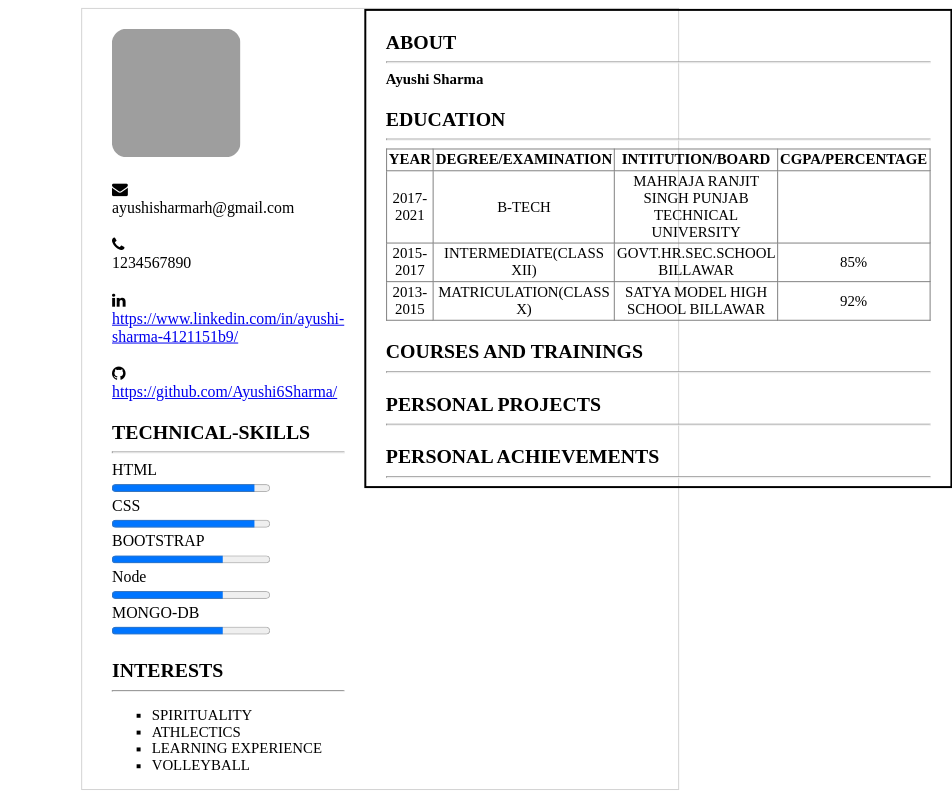
Repository: Ayushi6Sharma/Resume
Page: index.html
The author's editor kept a copy of each file at every save. The page is drawn from the files as they stood at one save, then again after the next save.
The browser window is 768 px wide. The page is 962 px wide, then 768 px, so the pictures cover 962 px, including what lies to the right of the window. The pictures show the whole page, at 99% of full size.
Pictures or frames that could not be fetched are drawn as grey boxes.

Above is the page before, as saved 2022-05-04 11:59:24.

### index.html
<!DOCTYPE html>
<html lang="en">
    <head>
        <meta charset="utf-8">
        <meta http-equiv="X-UA-Compatible" content="IE=edge">
        <meta name="viewport" content="width=device-width, initial-scale=1">
        <meta name="description" content="Responsive resume for companies">
        <meta name="author" content="Ayushi Sharma">
        <div class="profile-linkedin"></div>
        <link rel="stylesheet" href="style.css">
        <!-- <link rel="stylesheet" href="https://cdn.jsdelivr.net/npm/@fortawesome/fontawesome-free@5.15.4/css/fontawesome.min.css" integrity="sha384-jLKHWM3JRmfMU0A5x5AkjWkw/EYfGUAGagvnfryNV3F9VqM98XiIH7VBGVoxVSc7" crossorigin="anonymous"> -->
        <!-- <link href="https://cdnjs.cloudflare.com/ajax/libs/font-awesome/5.13.0/css/all.min.css" rel="stylesheet"> -->
        <link rel="stylesheet" href="https://stackpath.bootstrapcdn.com/font-awesome/4.7.0/css/font-awesome.min.css" integrity="sha384-wvfXpqpZZVQGK6TAh5PVlGOfQNHSoD2xbE+QkPxCAFlNEevoEH3Sl0sibVcOQVnN" crossorigin="anonymous">
        <title>Resume</title>
    </head>
    <body>
        <main class="main-content" contenteditable="false">
            <section>
                <div class="left-main-content">
                    <!-- Profile data -->
                    <div class="profile-data">
                        <div class="profile-image">
                           <img src="https://d3dyfaf3iutrxo.cloudfront.net/thumbnail/user/6c8447b7ed274991ae4f61d43667a32b.jpeg" class="img">
                        </div>
                        <div class="profile-email">
                            <div class="email-icon">
                                <i class="fa fa-envelope"></i>
                            </div>
                            <div class="email-address">
                                ayushisharmarh@gmail.com
                            </div>
                        </div>
                        <div class="profile-contact">
                            <div class="phone-icon">
                                <i class="fa fa-phone"></i>
                            </div>
                            <div class="phone-number">
                                1234567890
                            </div>
                        </div>
                        <div class="profile-linkedin">
                            <div class="linkedid-icon">
                                <i class="fa fa-linkedin"></i>
                            </div>
                            <div class="linkedin-account">
                                <a href="https://www.linkedin.com/in/ayushi-sharma-4121151b9/">https://www.linkedin.com/in/ayushi-sharma-4121151b9/</a>
                            </div>
                        </div>
                        <div class="profile-github">
                            <div class="github-icon">
                                <i class="fa fa-github"></i>
                            </div>
                            <div class="github account-account">
                               <a href="https://github.com/Ayushi6Sharma/">https://github.com/Ayushi6Sharma/</a>
                            </div>
                        </div>
                    </div>
                    <!-- Technical Skills -->
                    <div class="technical-skills">
                        <div class="title">
                            TECHNICAL-SKILLS
                        </div>
                        <hr>
                        <div class="skills">
                            <div class="skill-item">
                                HTML
                            </div>
                            <div class="skill-knowledge">
                                <progress value="90" max="100" class="bar"></progress>
                            </div>
                        </div>
                        <div class="skills">
                            <div class="skill-item">
                                CSS
                            </div>
                            <div class="skill-knowledge">
                                <progress value="90" max="100" class="bar"></progress>
                            </div>
                        </div>
                        <div class="skills">
                            <div class="skill-item">
                                BOOTSTRAP
                            </div>
                            <div class="skill-knowledge">
                                <progress value="70" max="100" class="bar"></progress>
                            </div>
                        </div>
                        <div class="skills">
                            <div class="skill-item">
                                Node
                            </div>
                            <div class="skill-knowledge">
                                <progress value="70" max="100" class="bar"></progress>
                            </div>
                        </div>
                        <div class="skills">
                            <div class="skill-item">
                                MONGO-DB
                            </div>
                            <div class="skill-knowledge">
                                <progress value="70" max="100" class="bar"></progress>
                            </div>
                        </div>
                    </div>
                    <!-- Interests -->
                    <div class="Interests">
                        <div class="title">
                            INTERESTS
                        </div>
                        <hr>
                        <ol class="interest-items">
                            <li>SPIRITUALITY</li>
                            <li>ATHLECTICS</li>
                            <li>LEARNING EXPERIENCE</li>
                            <li>VOLLEYBALL</li>
                        </ol>

                    </div>

                </div>

            </section>
            <section>
                <div class="right-main-content">
                     <div class="about">
                        <div class="title">
                            ABOUT
                        </div>
                        <hr>
                         <div class="name">Ayushi Sharma</div>
                         <div class="details">

                         </div>
                     </div>
                     <div class="education">
                         <div class="title">
                             EDUCATION
                         </div>
                         <hr>
                         <div class="eduction-table">
                             <table>
                                 <thead>
                                     <tr>
                                         <th>YEAR</th>
                                         <th>DEGREE/EXAMINATION</th>
                                         <th>INTITUTION/BOARD</th>
                                         <th>CGPA/PERCENTAGE</th>
                                     </tr>
                                 </thead>
                                 <tr>
                                     <td>
                                         2017-2021
                                     </td>
                                     <td>
                                        B-TECH
                                     </td>
                                     <td>MAHRAJA RANJIT SINGH PUNJAB TECHNICAL UNIVERSITY</td>
                                     <td></td>
                                 </tr>
                                 <tr>
                                    <td>
                                        2015-2017
                                    </td>
                                    <td>
                                       INTERMEDIATE(CLASS XII)
                                    </td>
                                    <td>GOVT.HR.SEC.SCHOOL BILLAWAR</td>
                                    <td>
                                        85%
                                    </td>
                                </tr>
                                <tr>
                                    <td>
                                        2013-2015
                                    </td>
                                    <td>
                                       MATRICULATION(CLASS X)
                                    </td>
                                    <td>SATYA MODEL HIGH SCHOOL BILLAWAR</td>
                                    <td>
                                        92%
                                    </td>
                                </tr>
                             </table>
                         </div>
                     </div>
                     <div class="courses-and-trainings">
                         <div class="title">COURSES AND TRAININGS</div>
                         <hr>
                     </div>
                     <div class="personal-projects">
                        <div class="title">
                            PERSONAL PROJECTS
                        </div>
                        <hr>
                     </div>
                     <div class="personal-achievements">
                        <div class="title">
                            PERSONAL ACHIEVEMENTS
                        </div>
                        <hr>
                     </div>

                </div>
            </section>
        </main>
    </body>
</html>

### style.css

.main-content
{
    display: grid;
    grid-template-columns:1fr 3fr;
    width:80%;
    margin: auto;
    border:1px solid lightgrey;
}
.left-main-content
 {
     /* grid-column: span 1; */
    /* border:2px solid black; */
    padding-left: 30px;
    padding-right: 20px;
}
.right-main-content
{
    /* grid-column: span 1/span 2; */
    border: 2px solid black;
    padding-left:20px;
    padding-right: 20px;
}
.profile-data > div{
    margin-top: 20px;
}
/* profile data */
.img
{
    width:130px;
    height:130px;
    border-radius:15px;
}
/* technical skills */
.title{
    margin-top: 20px;
    font-weight: bold;
    font-size: 20px;
    /* color:red; */
}
/* progress{
    color: aquamarine;
} */
/* .bar
{
    border-radius:0px;
    background-color: aqua;
} */
/* Interest */
.interest-items{
    list-style-type: square;
    font-size: 15px;
}
/* Right main content */
.name
{
    font-weight:bold;
    font-size:15px;
}
/* EDUCTAION */
table,th,td
{
    border:1px solid grey;
    border-collapse: collapse;
    text-align: center;
    padding:2px;
}
/* media queries for responsive page */
@media only screen and (min-width:320px) and (max-width:480px)
{   .main-content
    {
        grid-template-columns:repeat(1,1fr);
        width:100%;
    }
    .title
    {
        font-size: 10px;
    }
}
@media only screen and (min-width:481px) and (max-width:768px)
{
    table
    {
        font-size: 15px;
    }
}
@media only screen and (min-width:769px) and (max-width:1024px)
{
    .title
    {
        font-size: 10px;
    }
}

After the next save:
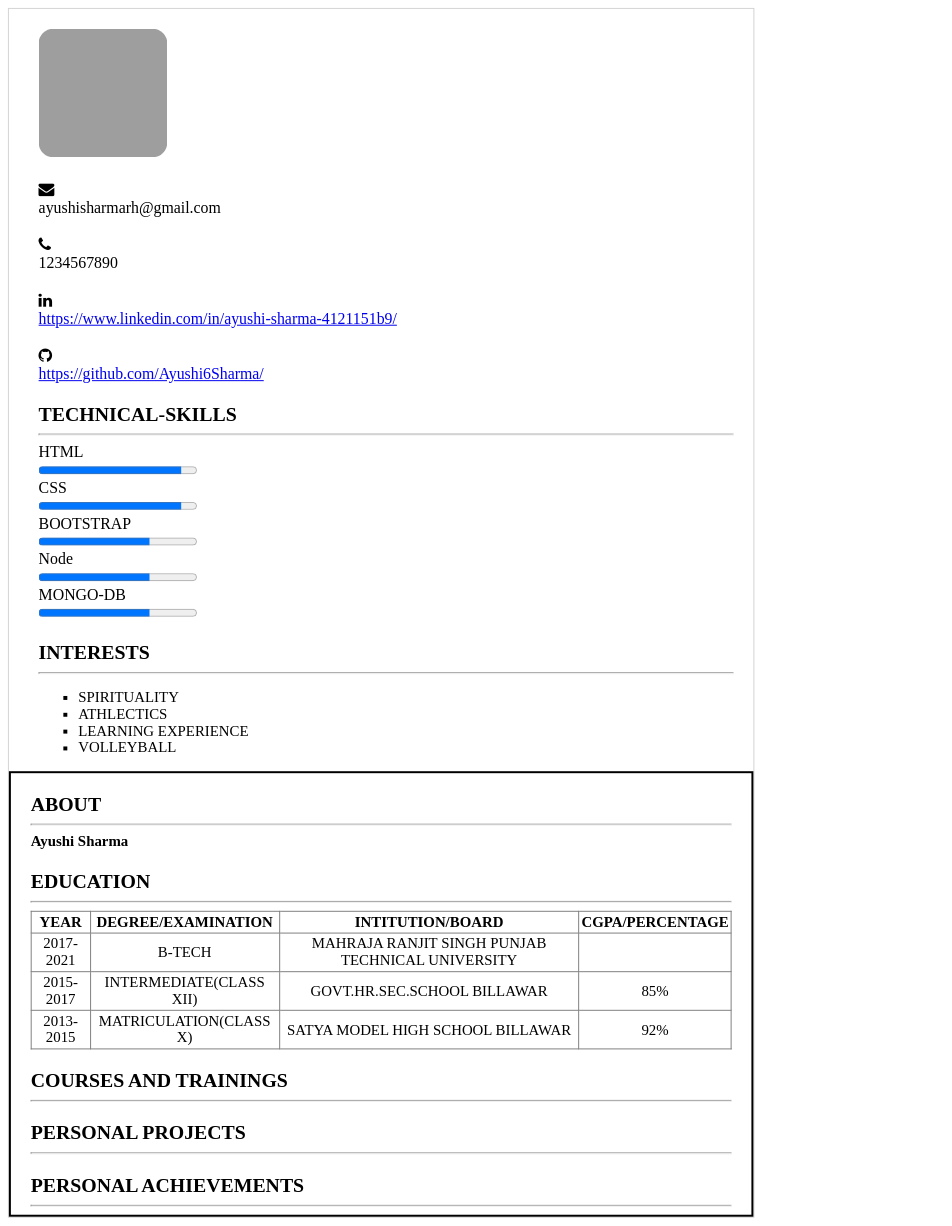
Saved 18 s later.
--- a/style.css
+++ b/style.css
@@ -79,6 +79,11 @@ table,th,td
 }
 @media only screen and (min-width:481px) and (max-width:768px)
 {
+    .main-content
+    {
+        grid-template-columns:repeat(1,1fr);
+        width:100%;
+    }
     table
     {
         font-size: 15px;
